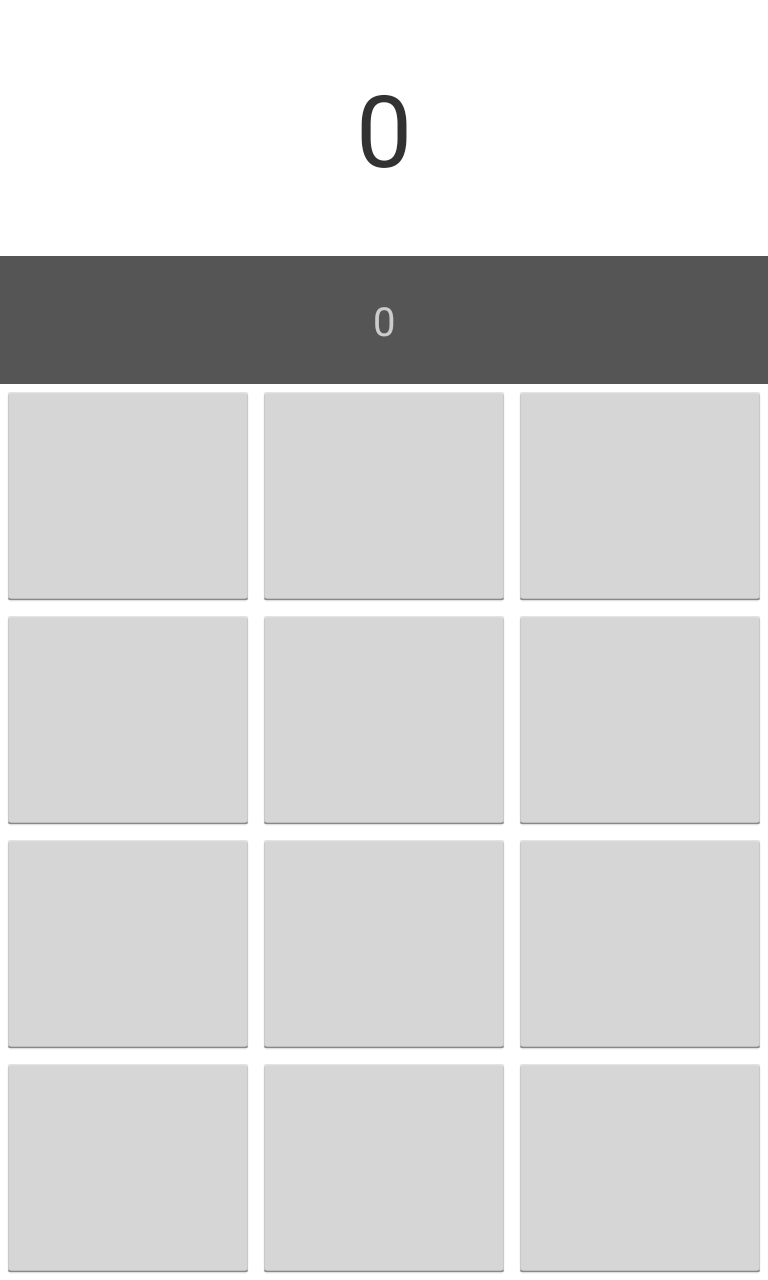
Repository: Wenfeng-GAO/Android-AppLites
Layout: RemoteControl/res/layout/fragment_remote_control.xml
The author's editor kept a copy of each file at every save. The layout is drawn from the files as they stood at one save, then again after the next save.
It is drawn on a 768 x 1280 px phone screen (xhdpi) without system bars, with theme AppTheme; the app's code is not run.

Above is the layout before, as saved 2014-12-22 18:52:50.

### RemoteControl/res/layout/fragment_remote_control.xml
<TableLayout xmlns:android="http://schemas.android.com/apk/res/android"
    android:id="@+id/fragment_remote_control_tableLayout"
    android:layout_width="match_parent"
    android:layout_height="match_parent"
    android:stretchColumns="*" >
<TextView
    android:id="@+id/textView_selected_fragment_remote_control"
    android:layout_width="match_parent"
    android:layout_height="0dp"
    android:layout_weight="2"
    android:gravity="center"
    android:text="0"
    android:textSize="50dp" />
<TextView
    android:id="@+id/textView_working_fragment_remote_control"
    android:layout_width="match_parent"
    android:layout_height="0dp"
    android:layout_weight="1"
    android:background="#555"
    android:gravity="center"
    android:text="0"
    android:textColor="#ccc"
    android:textSize="20dp" />
<include
    android:layout_weight="1"
    layout="@layout/button_row" />
<include
    android:layout_weight="1"
    layout="@layout/button_row" />
<include
    android:layout_weight="1"
    layout="@layout/button_row" />
<include
    android:layout_weight="1"
    layout="@layout/button_row" />
</TableLayout>

### RemoteControl/res/values/styles.xml
<resources xmlns:android="http://schemas.android.com/apk/res/android">

    <!--
        Base application theme, dependent on API level. This theme is replaced
        by AppBaseTheme from res/values-vXX/styles.xml on newer devices.
    -->
    <style name="AppBaseTheme" parent="android:Theme.Light">
        <!--
            Theme customizations available in newer API levels can go in
            res/values-vXX/styles.xml, while customizations related to
            backward-compatibility can go here.
        -->
    </style>

    <!-- Application theme. -->
    <style name="AppTheme" parent="AppBaseTheme">
        <!-- All customizations that are NOT specific to a particular API-level can go here. -->
    </style>

    <style name="RemoteButton">
        <item name="android:layout_width">0dp</item>
        <item name="android:layout_height">match_parent</item>
    </style>

</resources>

### RemoteControl/res/layout/button_row.xml
<?xml version="1.0" encoding="utf-8"?>
<TableRow xmlns:android="http://schemas.android.com/apk/res/android" >
	<Button style="@style/RemoteButton" />
	<Button style="@style/RemoteButton" />
	<Button style="@style/RemoteButton" />
</TableRow>

Loaded but not shown: RemoteControl/res/values-v11/styles.xml (common file); RemoteControl/res/values-v14/styles.xml (common file)

After the next save:
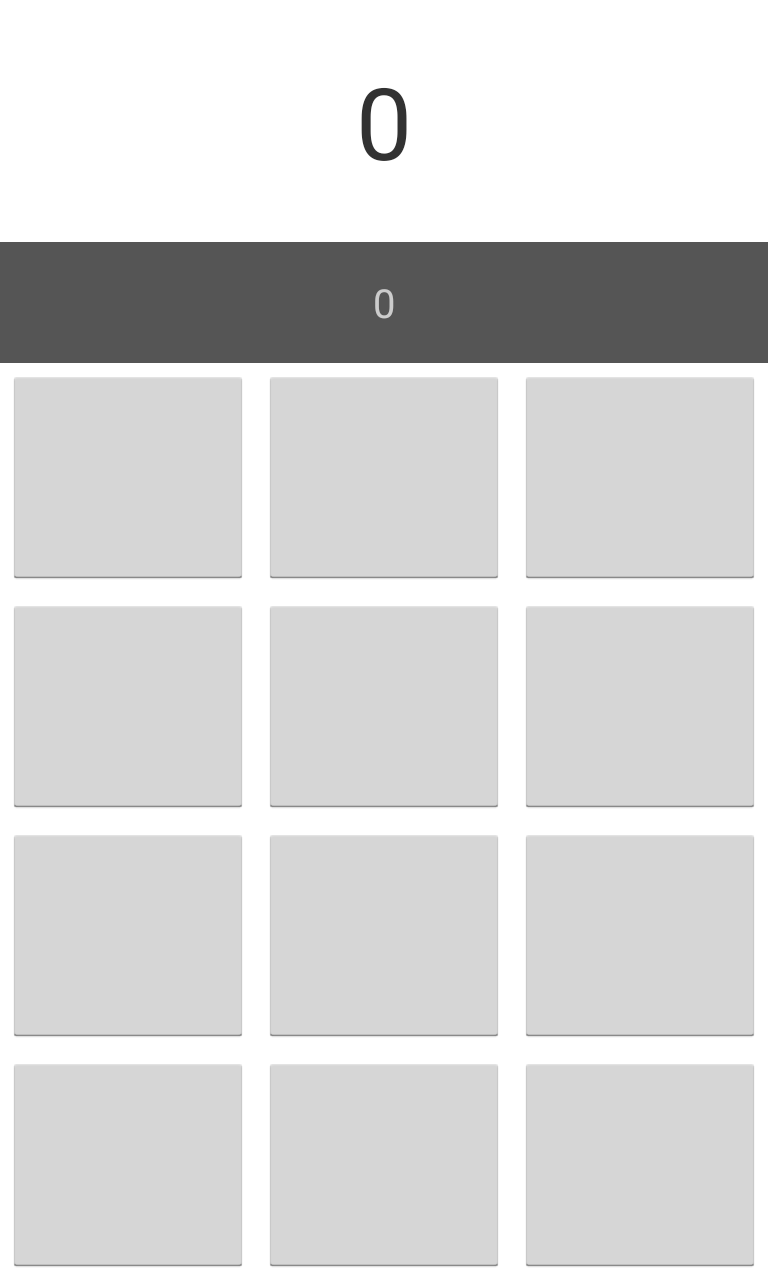
Saved 2 min 32 s later.
--- a/RemoteControl/res/values/styles.xml
+++ b/RemoteControl/res/values/styles.xml
@@ -20,6 +20,9 @@
     <style name="RemoteButton">
         <item name="android:layout_width">0dp</item>
         <item name="android:layout_height">match_parent</item>
+        <item name="android:textColor">#556699</item>
+        <item name="android:textSize">20dp</item>
+        <item name="android:layout_margin">3dp</item>
     </style>
 
 </resources>
